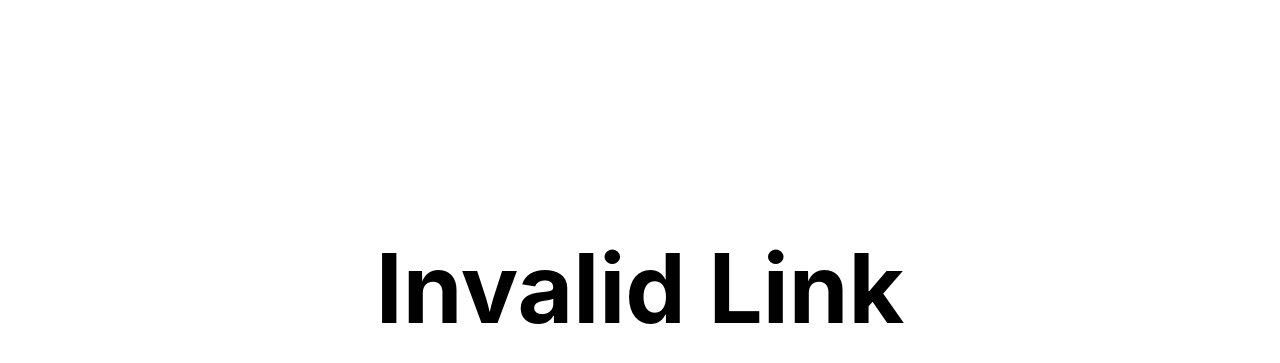
Repository: SaudCh/Web-Mid-Exams
Page: /error
An editor plug-in stored every save of this project. The page is shown before and after the next save, followed by the edit.
The browser window is 1280 px wide. The pictures show the whole page.
The project was rebuilt for these pictures with package versions that can differ from the ones it lists, and the page was loaded fresh each time. Also part of the build but not shown: src/Home/home.jsx.

Above is the page before, as saved 2021-11-22 00:20:06.

### src/App.js
import React from "react";
import { BrowserRouter as Router, Switch, Route, Link } from "react-router-dom";
import Home from "./Home/home";
import Invalid from "./Error/error";

export default function App() {
  return (
    <Router>
      <Switch>
        <Route path="/home">
          <Home />
        </Route>
        <Route path="/error">
          <Invalid />
        </Route>
      </Switch>
    </Router>
  );
}

### src/Error/error.jsx
import React from "react";

export default function error() {
  return (
    <div
      style={{
        height: "80vh",
        display: "flex",
        alignItems: "center",
        justifyContent: "center",
      }}
    >
      <h1 style={{ fontSize: "6rem" }}>Invalid Link</h1>
    </div>
  );
}

Loaded but not shown: public/index.html (common file); src/index.js (common file); src/index.css (common file); src/reportWebVitals.js (common file)

After the next save:
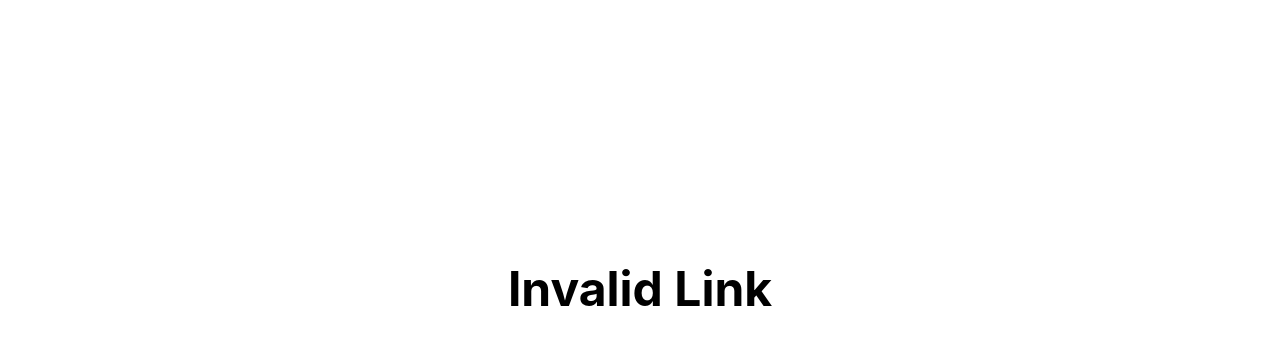
Saved 4 s later.
--- a/src/Error/error.jsx
+++ b/src/Error/error.jsx
@@ -10,7 +10,7 @@
         justifyContent: "center",
       }}
     >
-      <h1 style={{ fontSize: "6rem" }}>Invalid Link</h1>
+      <h1 style={{ fontSize: "3rem" }}>Invalid Link</h1>
     </div>
   );
 }
